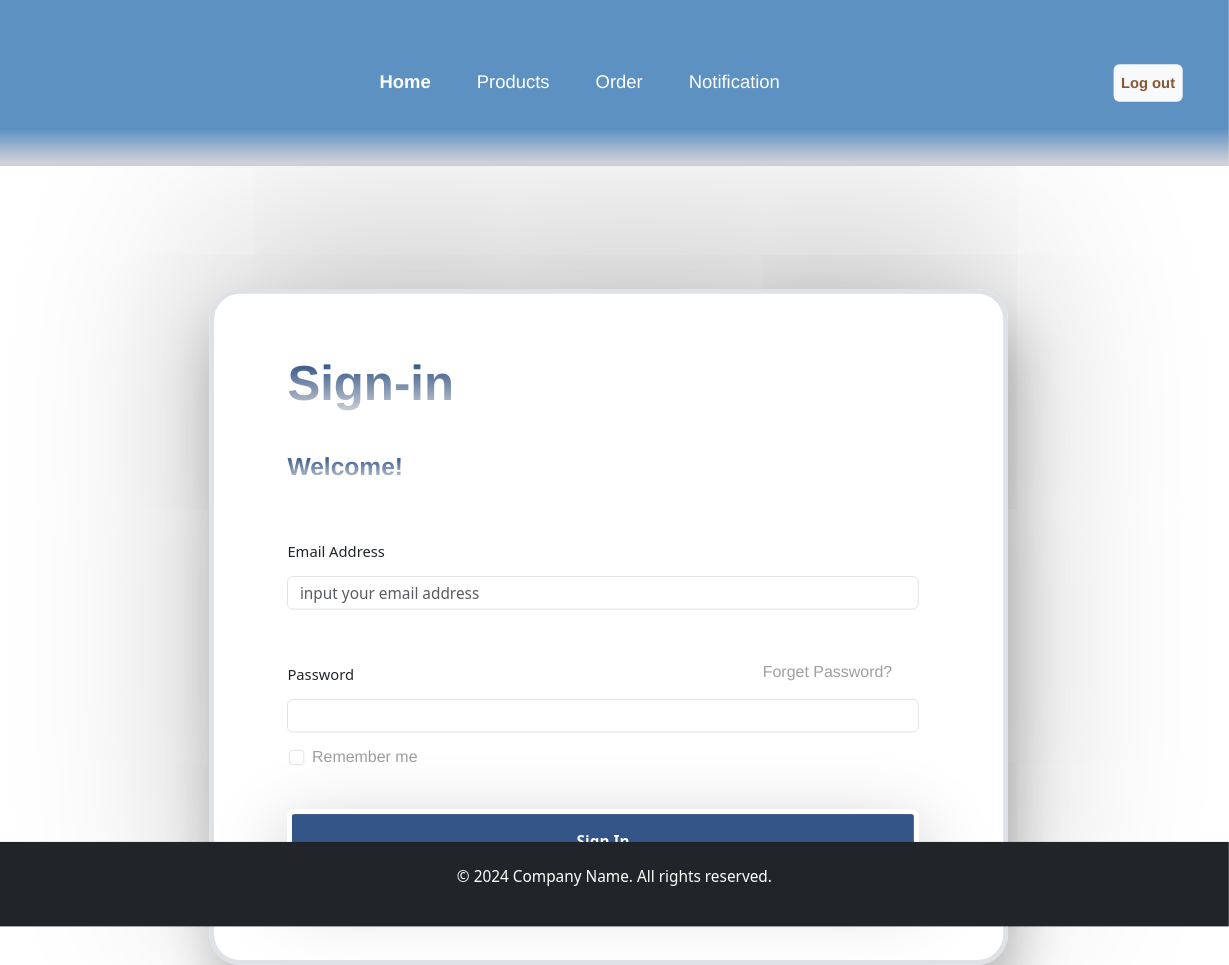
Repository: OVictor21/inventory
Page: /
These files come from the project's save history. The page is drawn as it stood at one moment and after the next save; the edit follows.
The browser window is 1280 px wide. The pictures show the whole page, at 96% of full size.
The project was rebuilt for these pictures with package versions that can differ from the ones it lists, and the page was loaded fresh each time.

Above is the page before, as saved 2024-12-14 09:54:00.

### src/index.css

nav {
  background-color: transparent;
  background: linear-gradient(180deg, rgb(93, 145, 194) 77.5%, rgb(206, 208, 214) 97.5%);

}

.navbar-brand img {
  max-width: 10vw;
  min-width: 5vw;
}

.nav-link.nav-text-current {
  font-family: "Montserrat", Helvetica;
  font-weight: 700;
  color: #ffffff;
  font-size: 1.5vw;
}

.nav-link.nav-text {
  font-family: "Montserrat", Helvetica;
  font-weight: 400;
  color: #ffffff;
  font-size: 1.5vw;
}

.nav-link.nav-text-2 {
  font-family: "Montserrat", Helvetica;
  font-weight: 600;
  color: rgb(136, 86, 51);
  font-size: 1.2vw;
}

.background {
  background-color: #000021;
}

/* .background-image {
  background-image: url('/public/back.png');
  background-size: cover;
  background-repeat: no-repeat;
  background-position: center;
  min-height: 100vh;
  color: white;
} */

.sign-in{
  width: 65vw;
  height: 55vw;
  box-shadow: 7px 37px 55px #00000040, 0px -54px 200px #00000040;
  left: 17vw;
  top: 10vw;
  overflow: hidden;
}


.text{
  top: 5vw;
  left: 6vw;
  background: linear-gradient(180deg, rgb(51, 85, 136) 13.5%, rgb(206, 208, 214) 100%);
  -webkit-background-clip: text !important;
  background-clip: text;
  -webkit-text-fill-color: transparent;
  text-fill-color: transparent;
  font-family: "Montserrat-Bold", Helvetica;
  font-weight: 700;
  color: transparent;
  font-size: 4vw;
  letter-spacing: 0;
  line-height: normal;
}



.text-wrapper-8 {
  background: linear-gradient(180deg, rgb(51, 85, 136) 13.5%, rgb(206, 208, 214) 100%);
  -webkit-background-clip: text !important;
  background-clip: text;
  -webkit-text-fill-color: transparent;
  text-fill-color: transparent;
  font-family: "Montserrat-Bold", Helvetica;
  font-weight: 600;
  color: transparent;
  font-size: 2vw;
  letter-spacing: 0;
  line-height: normal;
  top: 13vw;
  left: 6vw;
}

.email-text{
  font-size: 1.2vw;
}

.email{
  top: 20vw;
  left: 6vw;
}

.email-in{
  top: 23vw;
  left: 6vw;
  width: 80%;
  max-width: 80%;
  height: 5%;
}

.pass{
  top: 30vw;
  left: 6vw;
}

.pass-in{
  top: 33vw;
  left: 6vw;
  width: 80%;
  max-width: 80%;
  height: 5%;

}

.text-wrapper-7{
  font-family: "Montserrat-Regular", Helvetica;
  font-weight: 400;
  color: #00000061;
  font-size: 1.3vw;
  letter-spacing: 0;
  line-height: normal;
  top: 30vw;
  text-decoration: none;
  right: 9vw;
}

.form-check-label{
  font-family: "Montserrat-Regular", Helvetica;
  font-weight: 400;
  color: #00000061;
  font-size: 1.3vw;
  letter-spacing: 0;
  line-height: normal;
  top: 37vw;
  left: 8vw;
}

.form-check-input{
  top: 36.8vw;
  left: 8vw;

}

.sign-btn{
  background: linear-gradient(180deg, rgb(51, 85, 136) 93.5%, rgb(206, 208, 214) 97%);
  font-family: "Montserrat-Bold", Helvetica;
  font-weight: 700;
  font-size: 4vw;
  letter-spacing: 0;
  line-height: normal;
  width: 80%;
  top: 42vw;
  left: 6vw;
  box-shadow: 0px 22px 75px #00000040;
}

.acct{
  font-family: "Montserrat-Regular", Helvetica;
  font-weight: 700;
  color: #000000;
  font-size: 1vw;
  letter-spacing: 0;
  line-height: normal;
  top: 50vw;
  left: 20vw;
}

.acct-1{
  font-family: "Montserrat-Bold", Helvetica;
  font-weight: 700;
  color: rgb(51, 85, 136);
  font-size: 1vw;
  text-decoration: none;
  letter-spacing: 0;
  line-height: normal;
  top: 50vw;
  right: 24vw;
}



.pass-text{
font-size: 1.2vw;
}

.footer{
  background-color: rgb(51, 85, 136);

  top: 10vw;


}

.copyright-text {
  top: 50vw;
  right: 24vw;
  font-family: "Montserrat", Helvetica;
  font-weight: 400;
  color: rgb(136, 86, 51);
  font-size: 2vw;
}

### src/App.js
import Navbar from './navbar';
import 'bootstrap/dist/css/bootstrap.min.css';
import Body from './body';


function App() {
  return (
    <div className="App">
      <Navbar />
      <Body />
    </div>
  );
}

export default App;

### src/navbar.js

const Navbar = () => {
    return (
        <nav className="navbar navbar-expand-md justify-content-center p-5 z-1">
        <button className="navbar-toggler ms-auto" type="button" data-bs-toggle="collapse" data-bs-target="#collapseNavbar">
            <span className="navbar-toggler-icon"></span>
        </button>

        <div className="navbar-collapse collapse" id="collapseNavbar">
            <ul className="navbar-nav justify-content-center w-100 ">
            <li className="nav-item m-3">
                <a className="nav-link nav-text-current" href="/home">Home</a>
            </li>
            <li className="nav-item m-3">
                <a className="nav-link nav-text" href="/products">Products</a>
            </li>
            <li className="nav-item m-3">
                <a className="nav-link nav-text" href="/order">Order</a>
            </li>
            <li className="nav-item m-3">
                <a className="nav-link nav-text" href="/notifications">Notification</a>
            </li>
            </ul>

            <ul className="navbar-nav ms-auto justify-content-end">
            <li className="nav-item bg-light rounded">
                <button className="nav-link nav-text-2 text-nowrap btn btn-link">Log out</button>

            </li>
            </ul>
        </div>
        </nav>



      );
}

export default Navbar;

### src/body.js
import React from 'react';

const Body = () => {
  return (
    <div className="login">

         <form >
        <div class="sign-in position-relative border border-5 rounded-5">
        <div class="mb-3">
            <p class="text position-absolute">Sign-in</p>
            <div class="text-wrapper-8 position-absolute">Welcome!</div>

          <label for="exampleInputEmail1" class="form-label email position-absolute"><span class="email-text"> Email Address</span></label>
          <input type="email" class="form-control email-in position-absolute" id="exampleInputEmail1" aria-describedby="emailHelp" placeholder="input your email address"/>
        </div>
        <div class="mb-3">
          <label for="exampleInputPassword1" class="form-label pass position-absolute"><span class="pass-text">Password</span> </label>
          <input type="password" class="form-control pass-in position-absolute" id="exampleInputPassword1"/>
          <a href="/forgotpassword" class="text-wrapper-7 position-absolute">Forget Password?</a>
        </div>

        <div class="mb-3 form-check">
            <input type="checkbox" class="form-check-input position-absolute" id="exampleCheck1"/>
            <label class="form-check-label position-absolute" for="exampleCheck1">Remember me</label>
          </div>
        <button type="submit" class="btn sign-btn position-absolute border-white border-5 rounded-3 p-3 text-white fw-bold">Sign In</button>
        <p  class="acct position-absolute">Don't have an account?</p> <a href="/createacct" class="acct-1 position-absolute">Create an account</a>


        </div>


    </form>

    <footer className="bg-dark text-white py-4 mt-auto position-relative">
      <div className="container">
          <div className="col-12 text-center">
            <p>&copy; 2024 Company Name. All rights reserved.</p>
        </div>
      </div>
    </footer>

    </div>
  );
};

export default Body;

Loaded but not shown: public/index.html (common file); src/index.js (common file); src/reportWebVitals.js (common file)

After the next save:
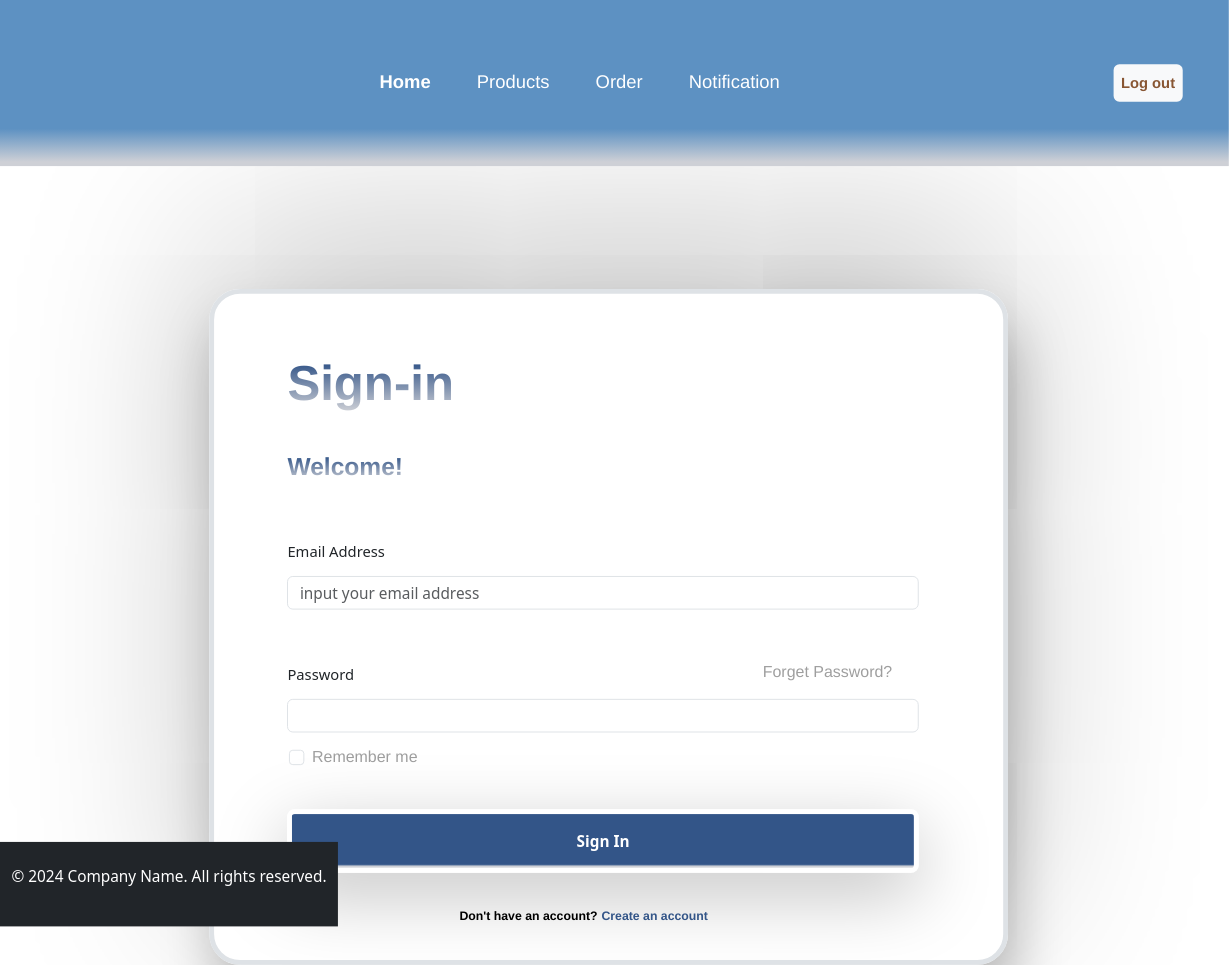
Saved 18 s later.
--- a/src/body.js
+++ b/src/body.js
@@ -32,7 +32,7 @@ const Body = () => {
 
     </form>
 
-    <footer className="bg-dark text-white py-4 mt-auto position-relative">
+    <footer className="bg-dark text-white py-4 mt-auto position-absolute">
       <div className="container">
           <div className="col-12 text-center">
             <p>&copy; 2024 Company Name. All rights reserved.</p>
